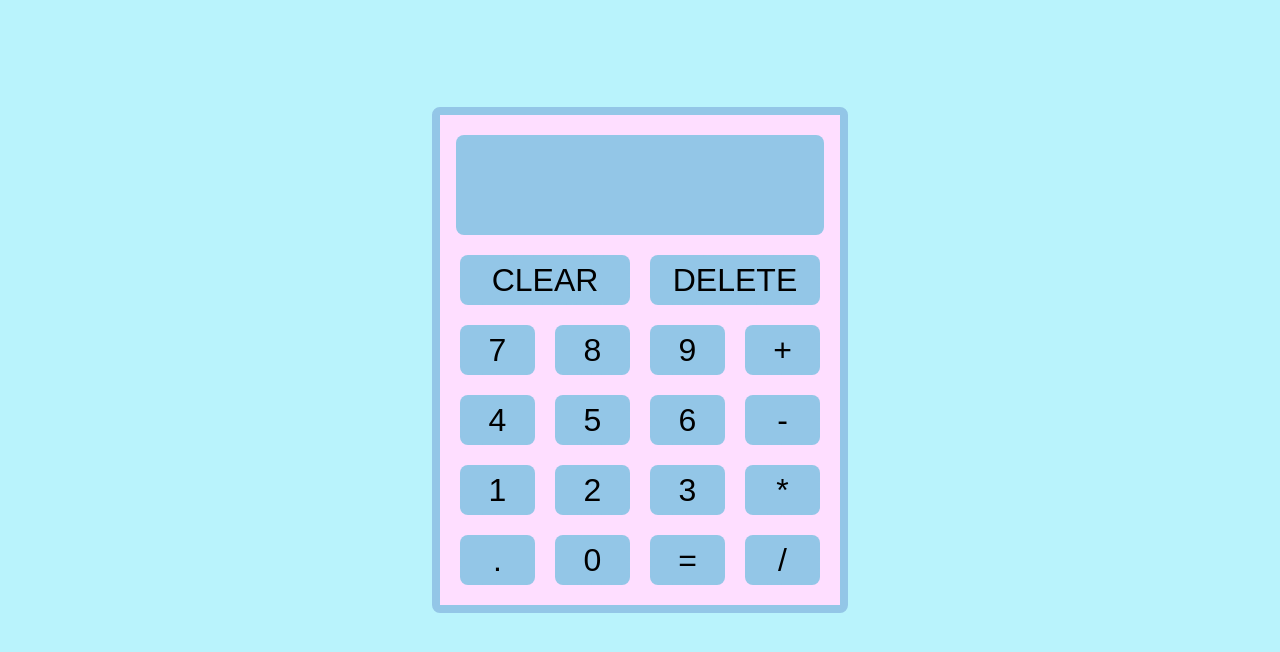
Repository: yeetzpxoci/calculator
Page: index.html
These files come from the project's save history. The page is drawn as it stood at one moment and after the next save; the edit follows.
The browser window is 1280 px wide. The pictures show the whole page.
After loading, the first visible `button.number-button` was clicked once.

Above is the page before, as saved 2023-02-04 17:19:20.

### index.html
<!doctype html>
<html lang="en">

<head>
    <meta charset="utf-8">
    <title>Sketch</title>
    <meta name="paint" content="paintings">
    <link rel="stylesheet" href="style.css">
</head>

<body>
    <div class="calculator-container">
        <div id="display" class="display">
            1234
        </div>
        <div class="button-container">
            <button class="clear-button">CLEAR</button>
            <button class="delete-button">DELETE</button>
            <button class="number-button">7</button>
            <button class="number-button">8</button>
            <button class="number-button">9</button>
            <button class="operator-button">+</button>
            <button class="number-button">4</button>
            <button class="number-button">5</button>
            <button class="number-button">6</button>
            <button class="operator-button">-</button>
            <button class="number-button">1</button>
            <button class="number-button">2</button>
            <button class="number-button">3</button>
            <button class="operator-button">*</button>
            <button class="operator-button">.</button>
            <button class="number-button">0</button>
            <button class="operator-button">=</button>
            <button class="operator-button">/</button>
        </div>
    </div>
</body>

<script src="script.js"></script>

</html>

### style.css
html, body {
    background-color: #B9F3FC;
    display: flex;
    min-height: 100%;
    justify-content: center;
    align-items: center;
}

.calculator-container {
    background-color: #FEDEFF;
    height: 490px;
    width: 400px;
    border-radius: 8px;
    border-width: 8px;
    border-style: solid;
    border-color: #93C6E7;
    display: flex;
    flex-direction: column;
    flex-wrap: wrap;
    justify-content: flex-start;
    align-items: center;
}

.display {
    background-color: #93C6E7;
    height: 100px;
    width: 360px;
    border-radius: 8px;
    display: flex;
    justify-content: flex-end;
    align-items: center;
    font-size: 64px;
    font-family: Roboto;
    font-weight: 900;
    padding-right: 8px;
    margin-top: 20px;
}

.button-container {
    display: flex;
    flex-wrap: wrap;
    align-items: center;
    justify-content: space-around;
    gap: 20px;
    margin: 20px;
}

.clear-button, .delete-button {
    font-size: 32px;
    height: 50px;
    width: 170px;
    border-style: dashed;
    border-radius: 8px;
    border-color: #93C6E7;
    background-color: #93C6E7;
}

.number-button, .operator-button {
    height: 50px;
    width: 75px;
    font-size: 32px;
    border-style: dashed;
    border-radius: 8px;
    border-color: #93C6E7;
    background-color: #93C6E7;
}

### script.js
function add(a, b) {
    return a + b
}

function subtract(a, b) {
    return a - b
}

function multiply(a, b) {
    return a * b
}

function divide(a, b) {
    return a / b
}

function operate(operator, a, b) {
    switch (operator) {
        case '+': result = add(a, b); break;
        case '-': result = subtract(a, b); break;
        case '*': result = multiply(a, b); break;
        case '/': result = divide(a, b); break;
    }
    return result;
}

var display_value = "";

const display = document.getElementById("display")
display.innerHTML = ""

document.querySelectorAll(".number-button").forEach(function(element) {
    element.addEventListener("click", function () {
        alert("wow");
    })
})

After the next save:
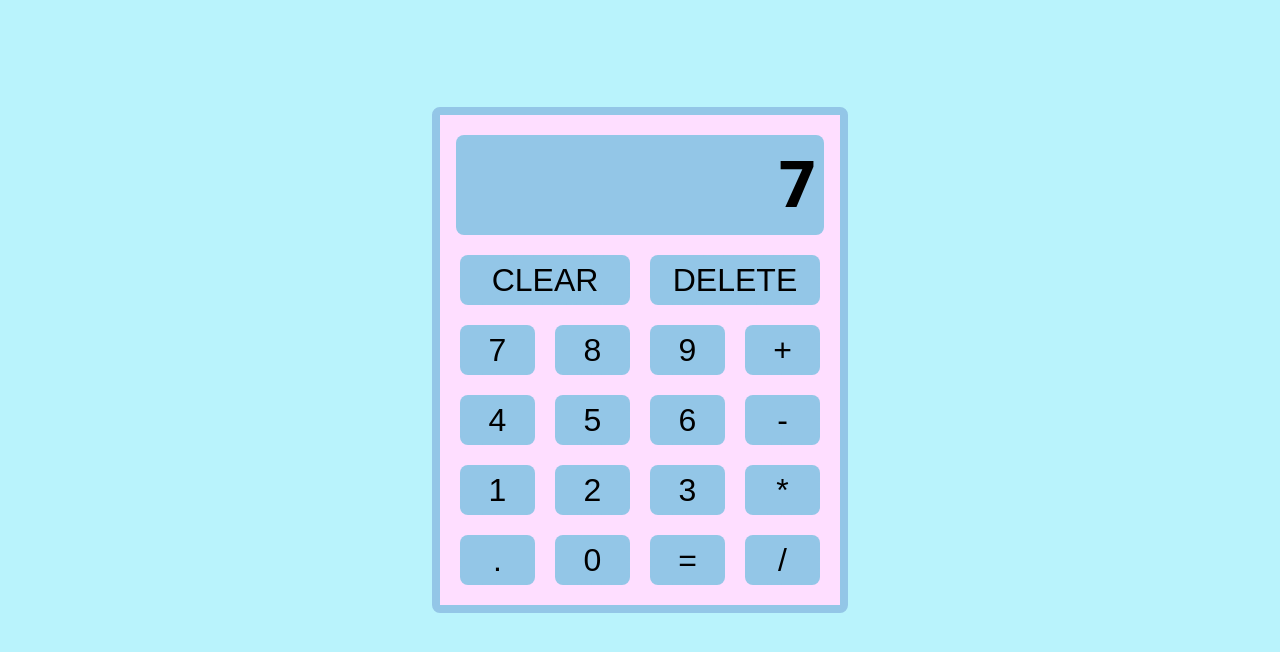
Saved 14 s later.
--- a/script.js
+++ b/script.js
@@ -31,6 +31,6 @@
 
 document.querySelectorAll(".number-button").forEach(function(element) {
     element.addEventListener("click", function () {
-        alert("wow");
+        display.innerHTML = this.innerHTML
     })
 })
